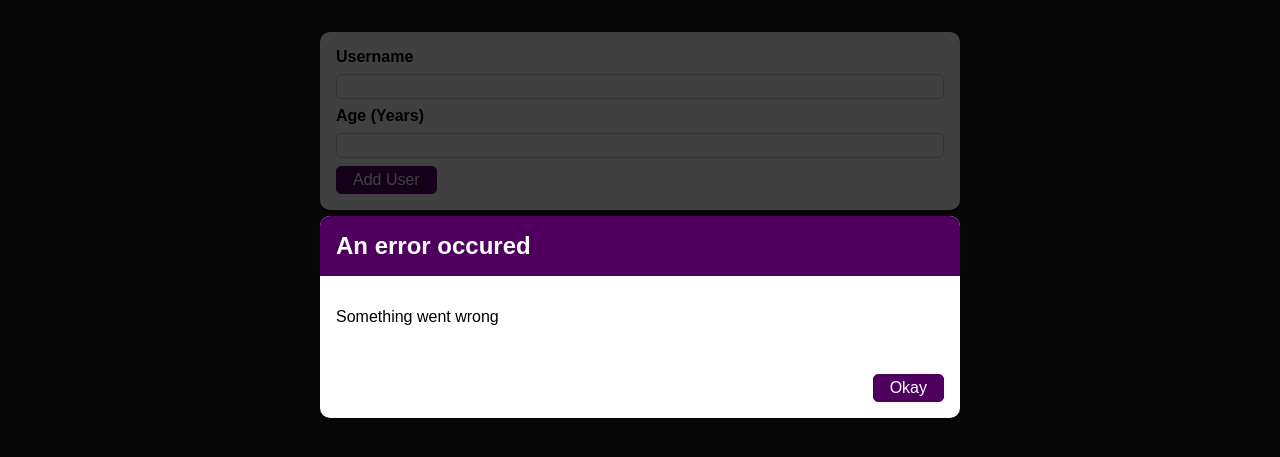
Repository: Samkiroko/react_project_2
Page: /
An editor plug-in stored every save of this project. The page is shown before and after the next save, followed by the edit.
The browser window is 1280 px wide. The pictures show the whole page.
The project was rebuilt for these pictures with package versions that can differ from the ones it lists, and the page was loaded fresh each time.

Above is the page before, as saved 2021-07-04 12:34:33.

After the next save:
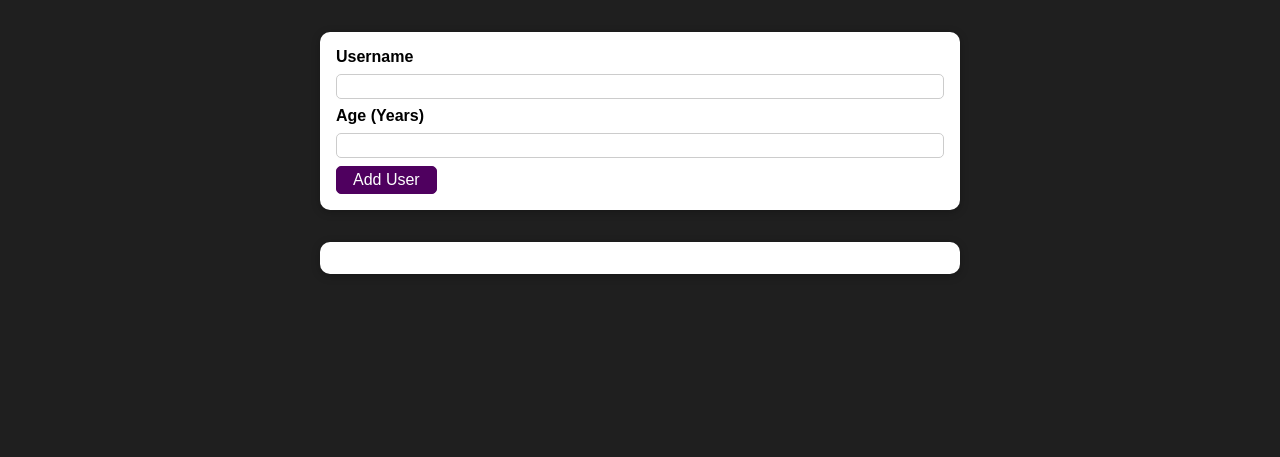
Saved 59 s later.
--- a/src/components/Users/AddUser.js
+++ b/src/components/Users/AddUser.js
@@ -22,7 +22,7 @@ const AddUser = (props) => {
     if (+enteredAge < 1) {
       setError({
         title: 'Invalid age',
-        message: 'Please enter a valid name and age (>0)',
+        message: 'Please enter a valid name and age (> 0)',
       })
       return
     }
@@ -41,7 +41,7 @@ const AddUser = (props) => {
 
   return (
     <div>
-      <ErrorModal title='An error occured' message='Something went wrong' />
+      {error && <ErrorModal title='An error occurred' message='Something went wrong' />}
       <Card className={classes.input}>
         <form onSubmit={addUserHandler}>
           <label htmlFor='username'>Username</label>
